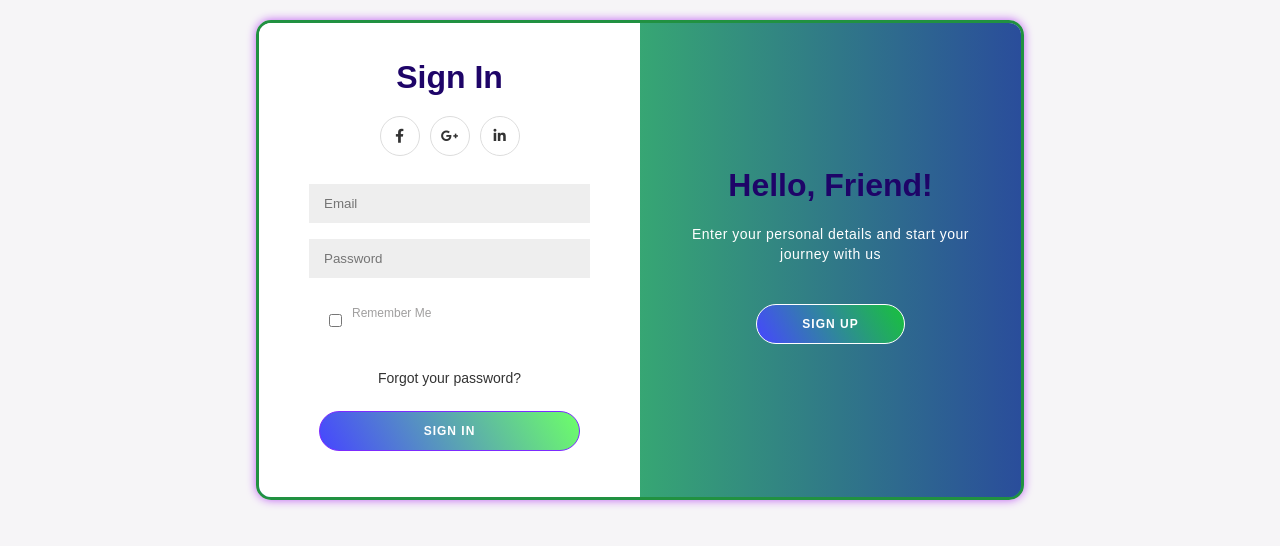
Repository: Zulfiyya077/InternIntelligence_LoginPage
Page: /
These files come from the project's save history. The page is drawn as it stood at one moment and after the next save; the edit follows.
The browser window is 1280 px wide. The pictures show the whole page.
The project was rebuilt for these pictures with package versions that can differ from the ones it lists, and the page was loaded fresh each time. Also part of the build but not shown: vite.config.js.

Above is the page before, as saved 2025-02-02 08:11:05.

### index.html
<!DOCTYPE html>
<html lang="en">
<head>
    <meta charset="UTF-8" />
    <link rel="icon" type="image/svg+xml" href="/vite.svg" />
    <link
    rel="stylesheet"
    href="https://cdnjs.cloudflare.com/ajax/libs/font-awesome/5.15.4/css/all.min.css"
  />
    <meta name="viewport" content="width=device-width, initial-scale=1.0" />
    <title>Vite + React</title>
</head>
<body>
    <div id="root"></div>
    <script type="module" src="src/main.jsx"></script>
</body>
</html>

### src/main.jsx
import React from 'react';
import ReactDOM from 'react-dom/client';
import App from './App.jsx';


ReactDOM.createRoot(document.getElementById('root')).render(
  <React.StrictMode>
    <App />
  </React.StrictMode>,
);

### src/App.jsx
import React from 'react';
import SignInUpForm from './components/SignInUpForm';

function App() {
  return (
    <div className="App">
      <SignInUpForm />
    </div>
  );
}

export default App;

### src/components/SignInUpForm.jsx
import React, { useState } from 'react';
import styles from './SignInUpForm.module.css';
import { auth } from '../firebaseConfig';
import { createUserWithEmailAndPassword, signInWithEmailAndPassword, sendPasswordResetEmail } from 'firebase/auth';

const SignInUpForm = () => {
  const [isSignUp, setIsSignUp] = useState(false);
  const [email, setEmail] = useState('');
  const [password, setPassword] = useState('');
  const [error, setError] = useState('');


  const strongPasswordRegex = /^(?=.*[a-z])(?=.*[A-Z])(?=.*\d)[A-Za-z\d@$!%*?&]{6,}$/;


  const handleSignUp = async (e) => {
    e.preventDefault();
    setError('');

    if (!/\S+@\S+\.\S+/.test(email)) {
      setError('Please enter a valid email address.');
      return;
    }
    if (!strongPasswordRegex.test(password)) {
      setError('Password must have at least 6 characters, including 1 uppercase, 1 lowercase, and 1 number.');
      return;
    }

    try {
      await createUserWithEmailAndPassword(auth, email, password);
      alert('Account created successfully!');
    } catch (error) {
      handleAuthError(error);
    }
  };


  const handleSignIn = async (e) => {
    e.preventDefault();
    setError('');

    try {
      await signInWithEmailAndPassword(auth, email, password);
      alert('Signed in successfully!');
    } catch (error) {
      handleAuthError(error);
    }
  };


  const handleForgotPassword = async () => {
    if (!email) {
      setError('Please enter your email to reset password.');
      return;
    }
    try {
      await sendPasswordResetEmail(auth, email);
      alert('Password reset email sent!');
    } catch (error) {
      handleAuthError(error);
    }
  };


  const handleAuthError = (error) => {
    const errorMessages = {
      'auth/user-not-found': 'No account found with this email.',
      'auth/wrong-password': 'Incorrect password.',
      'auth/email-already-in-use': 'This email is already registered.',
      'auth/weak-password': 'Your password is too weak.',
      'auth/invalid-email': 'Invalid email format.',
    };
    setError(errorMessages[error.code] || error.message);
  };

  return (
    <div className={`${styles.container} ${isSignUp ? styles.rightPanelActive : ''}`}>
      <div className={`${styles.formContainer} ${styles.signUpContainer}`}>
        <form onSubmit={handleSignUp}>
          <h1>Create Account</h1>
          <div className={styles.socialContainer}>
            <a href="#" className={styles.social}><i className="fab fa-facebook-f"></i></a>
            <a href="#" className={styles.social}><i className="fab fa-google-plus-g"></i></a>
            <a href="#" className={styles.social}><i className="fab fa-linkedin-in"></i></a>
          </div>
          {error && <p className={styles.error}>{error}</p>}
          <input type="email" placeholder="Email" value={email} onChange={(e) => setEmail(e.target.value)} required />
          <input type="password" placeholder="Password" value={password} onChange={(e) => setPassword(e.target.value)} required />
          <button type="submit">Sign Up</button>
        </form>
      </div>


      <div className={`${styles.formContainer} ${styles.signInContainer}`}>
        <form onSubmit={handleSignIn}>
          <h1>Sign In</h1>
          <div className={styles.socialContainer}>
            <a href="#" className={styles.social}><i className="fab fa-facebook-f"></i></a>
            <a href="#" className={styles.social}><i className="fab fa-google-plus-g"></i></a>
            <a href="#" className={styles.social}><i className="fab fa-linkedin-in"></i></a>
          </div>
          {error && <p className={styles.error}>{error}</p>}
          <input type="email" placeholder="Email" value={email} onChange={(e) => setEmail(e.target.value)} required />
          <input type="password" placeholder="Password" value={password} onChange={(e) => setPassword(e.target.value)} required />

          <label className={styles.rememberMe}>
         <input type="checkbox" />    Remember Me
          </label>
          <a href="#" onClick={handleForgotPassword}>Forgot your password?</a>
          <button type="submit">Sign In</button>
        </form>
      </div>


      <div className={styles.overlayContainer}>
        <div className={styles.overlay}>
          <div className={`${styles.overlayPanel} ${styles.overlayLeft}`}>
            <h1>Welcome Back!</h1>
            <p>To keep connected with us please login with your personal info</p>
            <button className={styles.ghost} onClick={() => setIsSignUp(false)}>Sign In</button>
          </div>
          <div className={`${styles.overlayPanel} ${styles.overlayRight}`}>
            <h1>Hello, Friend!</h1>
            <p>Enter your personal details and start your journey with us</p>
            <button className={styles.ghost} onClick={() => setIsSignUp(true)}>Sign Up</button>
          </div>
        </div>
      </div>
    </div>
  );
};

export default SignInUpForm;

### src/components/SignInUpForm.module.css



* {
    margin: 0;
    padding: 0;
    box-sizing: border-box;
  }

  body {
    background: #f6f5f7;
    display: flex;
    justify-content: center;
    align-items: center;
    flex-direction: column;
    font-family: 'Montserrat', sans-serif;

    margin: 20px ;
  }

  h1 {
    font-weight: bold;
    margin: 0;
    color:rgb(30, 4, 104);
  }

  h2 {
    text-align: center;
  }

  p {
    font-size: 14px;
    font-weight: 100;
    line-height: 20px;
    letter-spacing: 0.5px;
    margin: 20px 0 30px;
  }

  span {
    font-size: 12px;
  }

  a {
    color: #333;
    font-size: 14px;
    text-decoration: none;
    margin: 15px 0;
  }

  .social:focus {
    box-shadow: rgba(131, 131, 233, 0.25) 0px 50px 100px -20px, rgba(157, 6, 228, 0.3) 0px 30px 60px -30px, rgba(202, 91, 247, 0.35) 0px -2px 6px 0px inset;
  }
  button {
    margin: 10px;
    border-radius: 20px;
    border: 1px solid #7c2bff;
    background: rgb(186,63,251);
background: linear-gradient(60deg, rgb(70, 70, 255) 0%, rgba(9, 255, 1, 0.591) 100%);
    color: #FFFFFF;
    font-size: 12px;
    font-weight: bold;
    padding: 12px 45px;
    letter-spacing: 1px;
    text-transform: uppercase;
    transition: transform 80ms ease-in;

  }

  button:active {
    transform: scale(0.95);
  }

  button:focus {
    outline: none;
  }

  button.ghost {
    background-color: transparent;
    border-color: #FFFFFF;
  }

  form {
    background-color: #FFFFFF;
    display: flex;
    width: 100%;
    justify-content: center;
    flex-direction: column;
    padding: 0 50px;
    height: 100%;
    text-align: center;

  }

  input {
    background-color: #eee;
    border: none;
    padding: 12px 15px;
    margin: 8px 0;

  }
  .error {
    height: 20px;
    font-size: 12px;
    color: red;
  }
  .container {
    background-color: #fff;
    border-radius: 20px;
    box-shadow: 0 14px 28px rgba(0,0,0,0.25),
                0 10px 10px rgba(0,0,0,0.22);
    position: relative;
    overflow: hidden;
    width: 768px;
    max-width: 100%;
    min-height: 480px;
    display: flex;
    justify-content: center;
    align-items: center;
    transition: background-color 0.6s ease-in-out;
    padding: 10px;
  }

  .formContainer {

    position: absolute;
    top: 0;
    height: 100%;
    transition: all 0.6s ease-in-out;
  }

  .signInContainer {
    left: 0;
    width: 50%;
    z-index: 2;
  }

  .rightPanelActive .signInContainer {

    transform: translateX(100%);
  }

  .signUpContainer {
    left: 0;
    width: 50%;
    opacity: 0;
    z-index: 1;

  }

  .rightPanelActive .signUpContainer {
    transform: translateX(100%);
    opacity: 1;
    z-index: 5;
    animation: show 0.6s;
  }

  @keyframes show {
    0%, 49.99% {
      opacity: 0;
      z-index: 1;
    }

    50%, 100% {
      opacity: 1;
      z-index: 5;
    }
  }


  .overlayContainer {
    position: absolute;
    top: 0;
    left: 50%;
    width: 50%;
    height: 100%;
    overflow: hidden;
    transition: transform 0.6s ease-in-out;
    z-index: 100;
  }

  .rightPanelActive .overlayContainer {
    transform: translateX(-100%);
  }

  .overlay {
    background: linear-gradient(to right,rgb(67, 255, 76), #2A4D9B);
    color: #fff;
    position: relative;
    left: -100%;
    height: 100%;
    width: 200%;
    transform: translateX(0);
    transition: transform 0.6s ease-in-out, background 0.6s ease-in-out;
  }

  .rightPanelActive .overlay {
    transform: translateX(50%);
    background: linear-gradient(to right,#2A4D9B,  rgb(168, 18, 255));
  }

  .overlayPanel {
    position: absolute;
    display: flex;
    align-items: center;
    justify-content: center;
    flex-direction: column;
    padding: 0 40px;
    text-align: center;
    top: 0;
    height: 100%;
    width: 50%;
    transform: translateX(0);
    transition: transform 0.6s ease-in-out;
  }

  .overlayLeft {
    transform: translateX(-20%);
  }

  .rightPanelActive .overlayLeft {
    transform: translateX(0);
  }

  .overlayRight {
    right: 0;
    transform: translateX(0);
  }

  .rightPanelActive .overlayRight {
    transform: translateX(20%);
  }

  .socialContainer {
    margin: 20px 0;
  }

  .socialContainer a {
    border: 1px solid #ddd;
    border-radius: 50%;
    display: inline-flex;
    justify-content: center;
    align-items: center;
    margin: 0 5px;
    height: 40px;
    width: 40px;
  }
  .checkboxContainer {
    width: 100px;
  }

  .checkboxContainer input {
    margin-right: 10px;

  }

  .checkboxContainer label {

    display: flex;
      align-items: center;
    justify-content: flex-start;

    font-weight: 100;
    color: #333;
  }

  .rememberMe {
    display: flex;
   font-size: 12px;
   color: rgb(160, 159, 159);
    margin: 20px ;
  }

  .rememberMe input {
    margin-right: 10px;
  }


.container {
    background: linear-gradient(165deg, #ffffff, #0277d6);
  }

  input:focus {
    outline: #0277d6;
    border-color: #2196f3;
    background-color: #e1f5fe;

  }
  @keyframes borderAnimation {
    0% { border-color: #3498db; box-shadow: 0 0 10px #42aff8; }
    25% { border-color: #41b4f7; box-shadow: 0 0 10px #4ae73c; }
    50% { border-color: #e90ff1; box-shadow: 0 0 10px #0f44f1; }
    75% { border-color: #18703d; box-shadow: 0 0 10px #fc43fc; }
    100% { border-color: #34db4a; box-shadow: 0 0 10px #3498db; }
  }

  .container {
    position: relative;
    padding: 20px;

    border: 3px solid transparent;
    border-radius: 15px;
    animation: borderAnimation 3s infinite linear;
    transition: all 0.3s ease-in-out;
  }

### src/firebaseConfig.js
// src/firebaseConfig.js
import { initializeApp } from "firebase/app";
import { getAuth } from "firebase/auth";

const firebaseConfig = {
    apiKey: "AIzaSyC53-JWx-NA0i0QbOs5togwXCTY4UTFECU",
    authDomain: "my-apps-077.firebaseapp.com",
    projectId: "my-apps-077",
    storageBucket: "my-apps-077.firebasestorage.app",
    messagingSenderId: "888644240432",
    appId: "1:888644240432:web:80649d7f31ee9d7a6019f5",
    measurementId: "G-PS211GRZTS"
  };

const app = initializeApp(firebaseConfig);
const auth = getAuth(app);

export { auth };

After the next save:
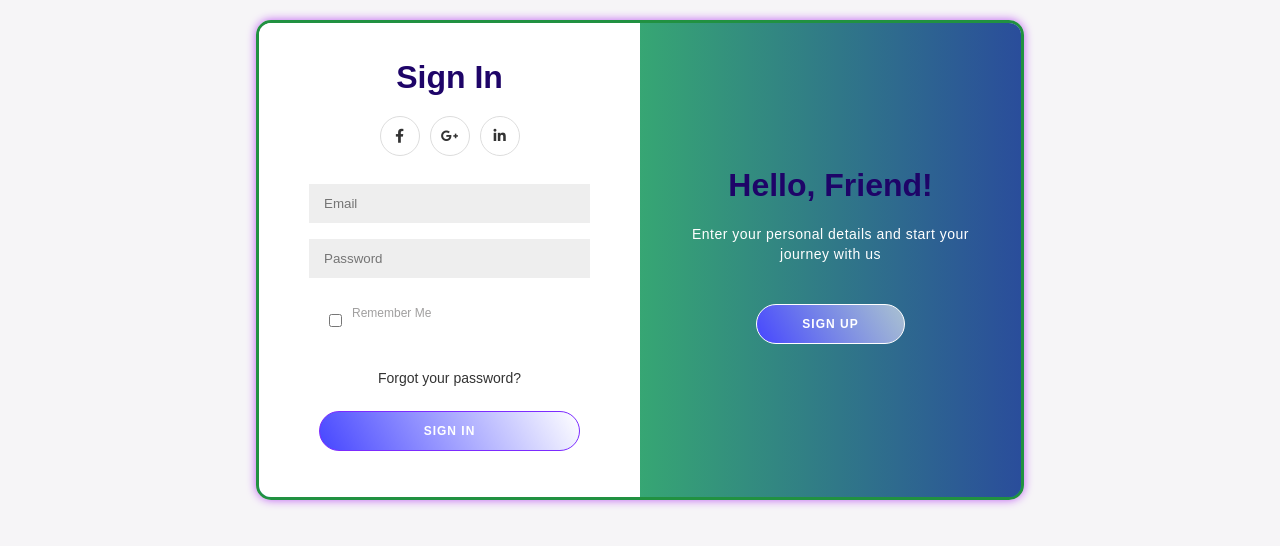
Saved 14 s later.
--- a/src/components/SignInUpForm.module.css
+++ b/src/components/SignInUpForm.module.css
@@ -55,7 +55,7 @@
     border-radius: 20px;
     border: 1px solid #7c2bff;
     background: rgb(186,63,251);
-background: linear-gradient(60deg, rgb(70, 70, 255) 0%, rgba(9, 255, 1, 0.591) 100%);
+background: linear-gradient(60deg, rgb(70, 70, 255) 0%, rgba(255, 255, 255, 0.591) 100%);
     color: #FFFFFF;
     font-size: 12px;
     font-weight: bold;
